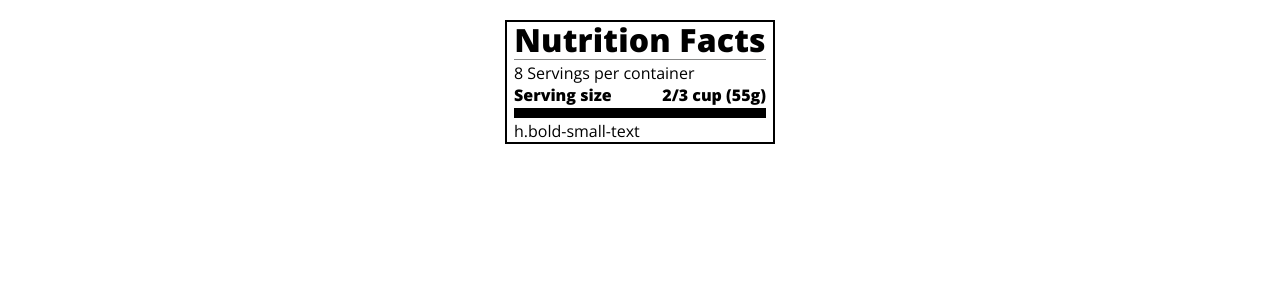
Repository: Lungdjos/typography
Page: index.html
An editor plug-in stored every save of this project. The page is shown before and after a run of saves, followed by the edit.
The browser window is 1280 px wide. The pictures show the whole page.

Above is the page before, as saved 2023-10-28 01:22:45.

### index.html
<!DOCTYPE html>
<html lang="en">

<head>
    <meta charset="UTF-8">
    <meta name="viewport" content="width=device-width, initial-scale=1.0">
    <title>Nutrition Label</title>
    <link rel="stylesheet" href="styles.css">
    <link rel="stylesheet" href="https://fonts.googleapis.com/css?family=Open+Sans:400,700,800">
</head>

<body>
    <div class="label">
        <header>
            <h1 class="bold">Nutrition Facts</h1>
            <div class="divider"></div>
            <p>8 Servings per container</p>
            <p class="bold">Serving size <span>2/3 cup (55g)</span></p>
        </header>
        <div class="divider large"></div>
        <div class="calories-info">
            <div class="left-container">
                h.bold-small-text
            </div>
        </div>
    </div>

</body>

</html>

### styles.css
body {
    font-family: "Open Sans", sans-serif;
}

html {
    font-size: 16px;
}

.label {
    border: 2px solid black;
    width: 270px;
    margin: 20px auto;
    padding: 0 7px;
}

* {
    box-sizing: border-box;
}

header h1 {
    text-align: center;
    margin: -4px 0;
    letter-spacing: .15PX;
}

p {
    margin: 0;
    display: flex;
    justify-content: space-between;
}

.divider {
    border-bottom: 1px solid #888989;
    margin: 2px 0;
}

.bold {
    font-weight: 800;
}

.large {
    height: 10px;
}

.large,
.medium {
    background-color: black;
    border: 0;
}

After the next 2 saves:
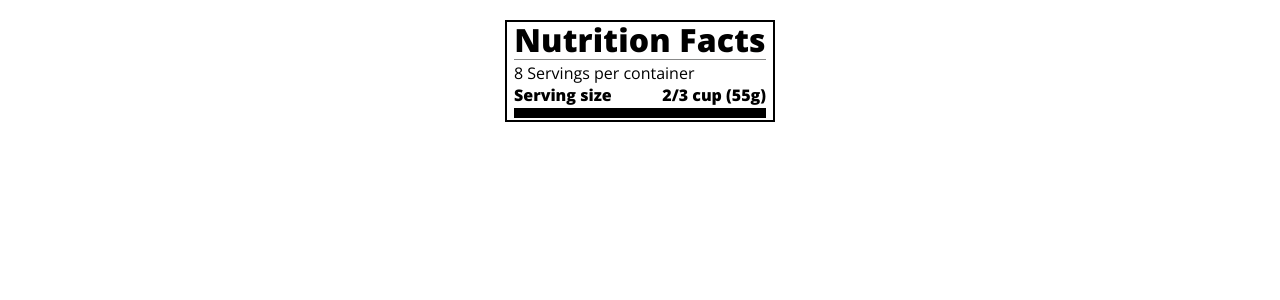
The 2 saves are shown as one change because they came seconds apart.
The last was saved 6 s later.
--- a/index.html
+++ b/index.html
@@ -20,7 +20,7 @@
         <div class="divider large"></div>
         <div class="calories-info">
             <div class="left-container">
-                h.bold-small-text
+
             </div>
         </div>
     </div>
